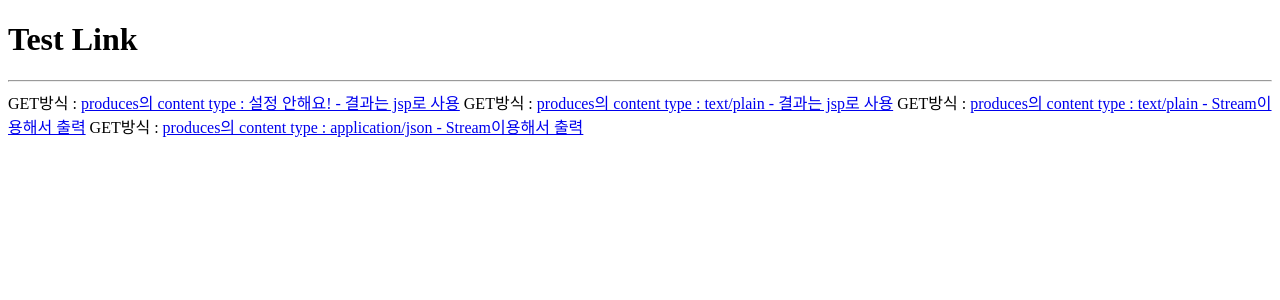
Repository: shashak23/spring_workspace
Page: springweb/src/main/webapp/resources/sample09/responseBodyTest.html
The author's editor kept a copy of each file at every save. The page is drawn from the files as they stood at one save, then again after the next save.
The browser window is 1280 px wide. The pictures show the whole page.

Above is the page before, as saved 2023-03-02 05:33:24.

After the next save:
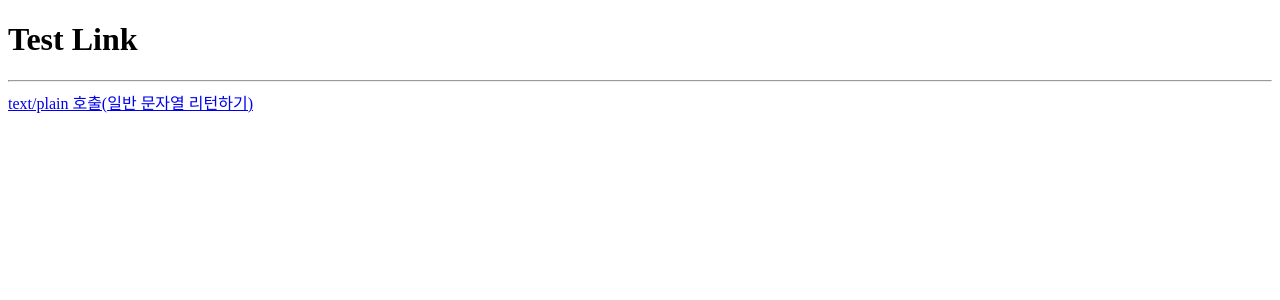
Saved 9 min 2 s later.
--- a/springweb/src/main/webapp/resources/sample09/responseBodyTest.html
+++ b/springweb/src/main/webapp/resources/sample09/responseBodyTest.html
@@ -7,13 +7,6 @@
 <body>
 	<h1>Test Link</h1>
 	<hr>
-	GET방식 :
-	<a href="/springweb/testProduces1">produces의 content type : 설정 안해요! - 결과는 jsp로 사용</a>
-	GET방식 :
-	<a href="/springweb/testProduces2">produces의 content type : text/plain - 결과는 jsp로 사용</a> <!-- 꺽쇠가있는 문자열로 인식함 -->
-	GET방식 :
-	<a href="/springweb/testProduces3">produces의 content type : text/plain - Stream이용해서 출력</a>
-	GET방식 :
-	<a href="/springweb/testProduces4">produces의 content type : application/json - Stream이용해서 출력</a> <!-- json 만들어보는 거 하자 -->
+	<a href="/springweb/body/text/3">text/plain 호출(일반 문자열 리턴하기)</a>
 </body>
 </html>
